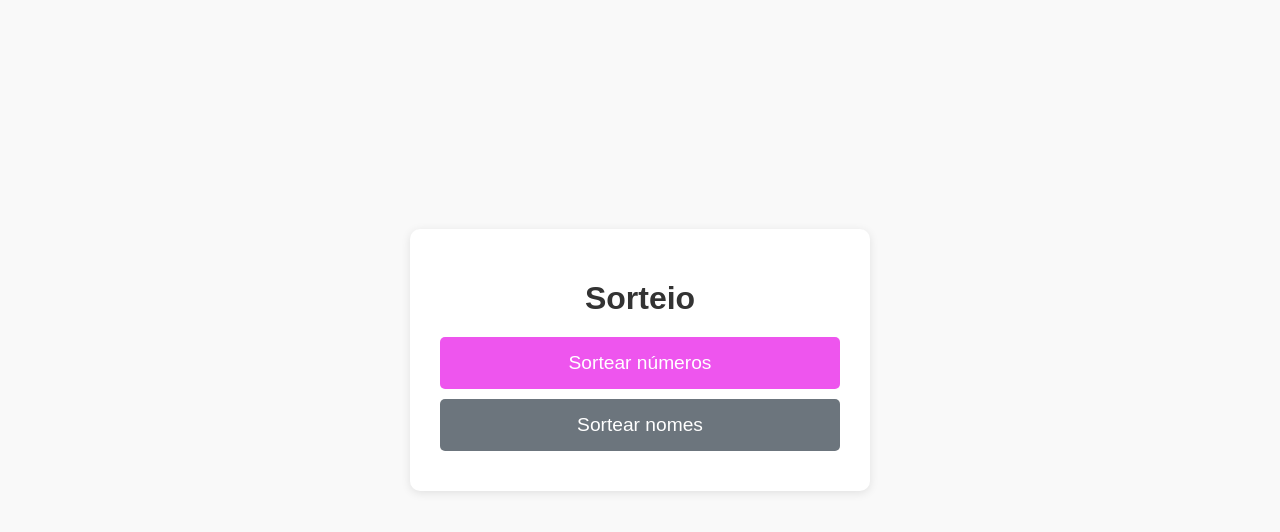
Repository: Matheus904-12/sorte
Page: index.html
The author's editor kept a copy of each file at every save. The page is drawn from the files as they stood at one save, then again after the next save.
The browser window is 1280 px wide. The pictures show the whole page.
The pointer rests on the first visible `.options a`.

Above is the page before, as saved 2023-09-10 19:20:28.

After the next save:
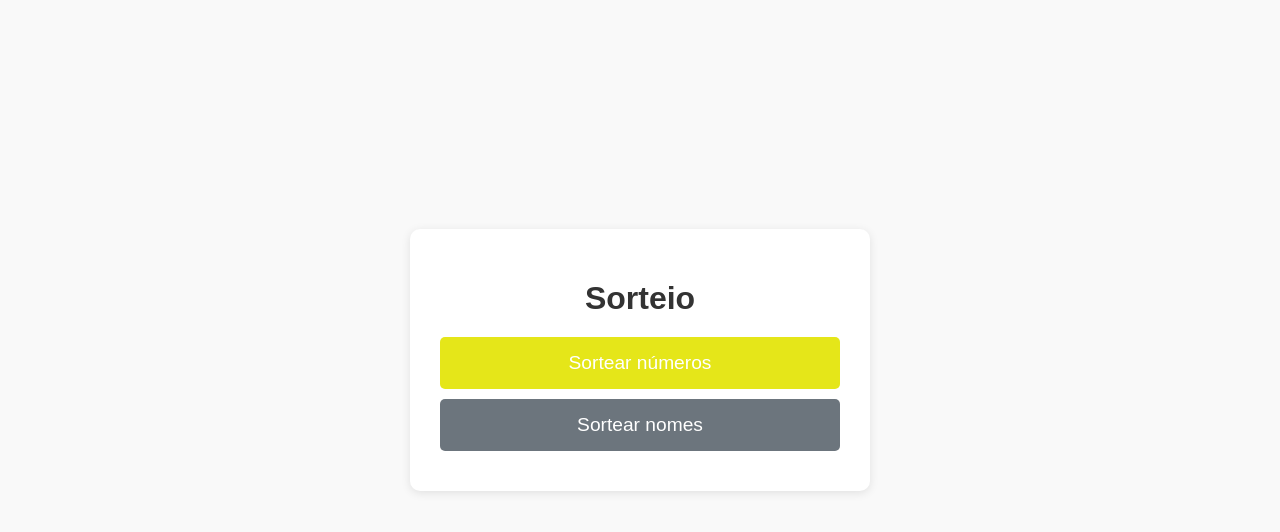
Saved 4 s later.
--- a/style.css
+++ b/style.css
@@ -37,7 +37,7 @@ h1 {
 }
 
 .options a:hover {
-  background-color: #e5e;
+  background-color: #e5e619;
 }
 
 .options a:last-child {
